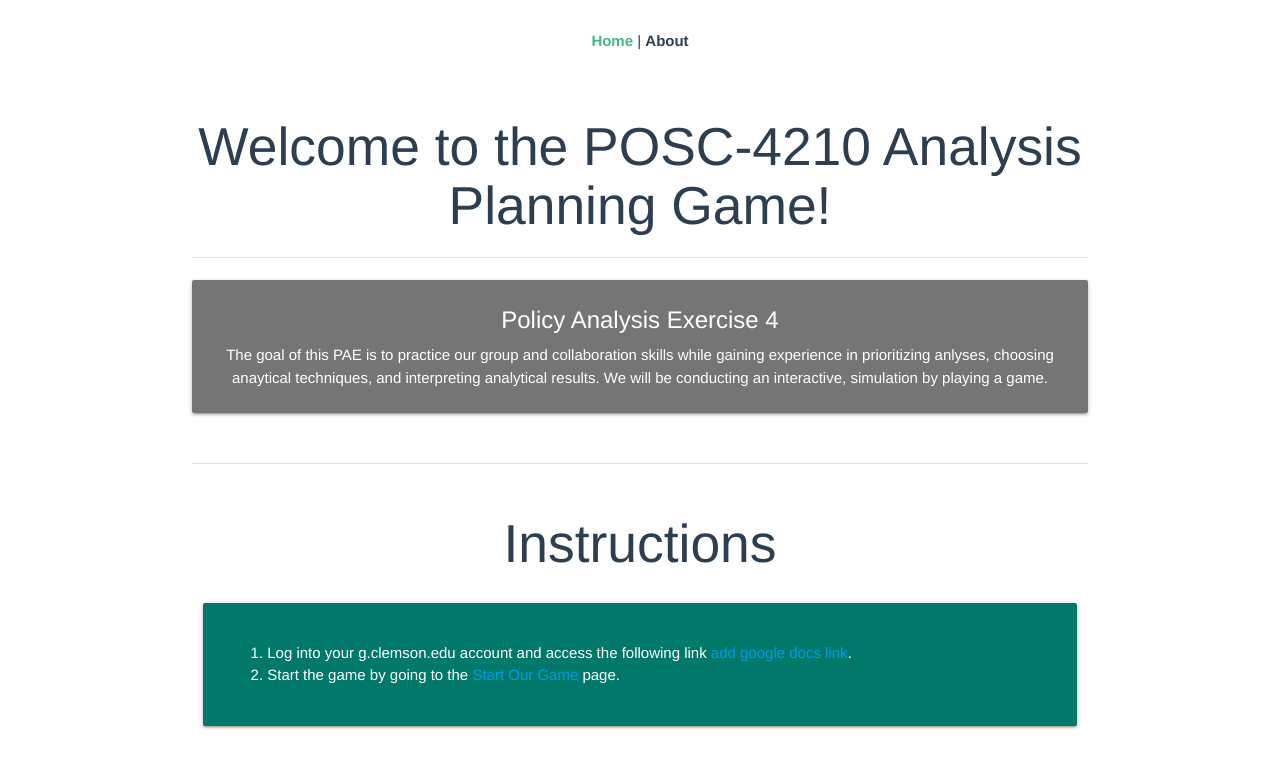
Repository: gallard28/posc4210app
Page: /
These files come from the project's save history. The page is drawn as it stood at one moment and after the next save; the edit follows.
The browser window is 1280 px wide. The pictures show the whole page.
The project was rebuilt for these pictures with package versions that can differ from the ones it lists, and the page was loaded fresh each time.

Above is the page before, as saved 2020-09-20 16:12:22.

### public/index.html
<!DOCTYPE html>
<html lang="en">
  <head>
    <meta charset="utf-8">
    <meta http-equiv="X-UA-Compatible" content="IE=edge">
    <meta name="viewport" content="width=device-width,initial-scale=1.0">
    <link rel="icon" href="<%= BASE_URL %>favicon.ico">
    <title><%= htmlWebpackPlugin.options.title %></title>

    <!-- Materialize CSS -->
    <!-- Compiled and minified CSS -->
    <link rel="stylesheet" href="https://cdnjs.cloudflare.com/ajax/libs/materialize/1.0.0/css/materialize.min.css">

    <!-- Compiled and minified JavaScript -->
    <script src="https://cdnjs.cloudflare.com/ajax/libs/materialize/1.0.0/js/materialize.min.js"></script>

  </head>
  <body>
    <noscript>
      <strong>We're sorry but <%= htmlWebpackPlugin.options.title %> doesn't work properly without JavaScript enabled. Please enable it to continue.</strong>
    </noscript>
    <div id="app"></div>
    <!-- built files will be auto injected -->
  </body>
</html>

### src/views/Home.vue
<template>
  <div class="home container">
    <div class="col s12">
      <h2>Welcome to the POSC-4210 Analysis Planning Game!</h2>
    </div>
    <!-- Description -->
    <div class="divider"></div>
    <div class="section">
      <div class="row">
        <div class="cols s12">
          <!-- Card -->
          <div class="card grey darken-1">
            <div class="card-content white-text">
              <span class="card-title">Policy Analysis Exercise 4</span>
              <p>The goal of this PAE is to practice our group and collaboration skills while gaining experience in prioritizing anlyses, choosing anaytical techniques, and interpreting analytical results. We will be conducting an interactive, simulation by playing a game.</p>
            </div>
          </div>
        </div>
    </div>
    </div>
    <!-- Insturctions -->
    <div class="divider"></div>
    <div class="section">
      <div class="headline">
        <h2>Instructions</h2>
      </div>
      <div class="row">
        <!-- Card 1 -->
        <div class="col s12">
          <div class="card teal darken-2">
            <div class="card-content">
              <p class="left-align white-text">
                <ol>
                  <li>Log into your g.clemson.edu account and access the following link <a href="">add google docs link</a>. </li>
                  <li>Start the game by going to the <router-link to="">Start Our Game</router-link> page.</li>
                </ol>
              </p>
            </div>
          </div>
        </div>
      </div>
    </div>


  </div>
</template>

<script>
export default {
  name: 'Home',
  components: {
  }
}
</script>

Loaded but not shown: src/main.js (common file); src/App.vue (common file); src/router/index.js (common file)

After the next save:
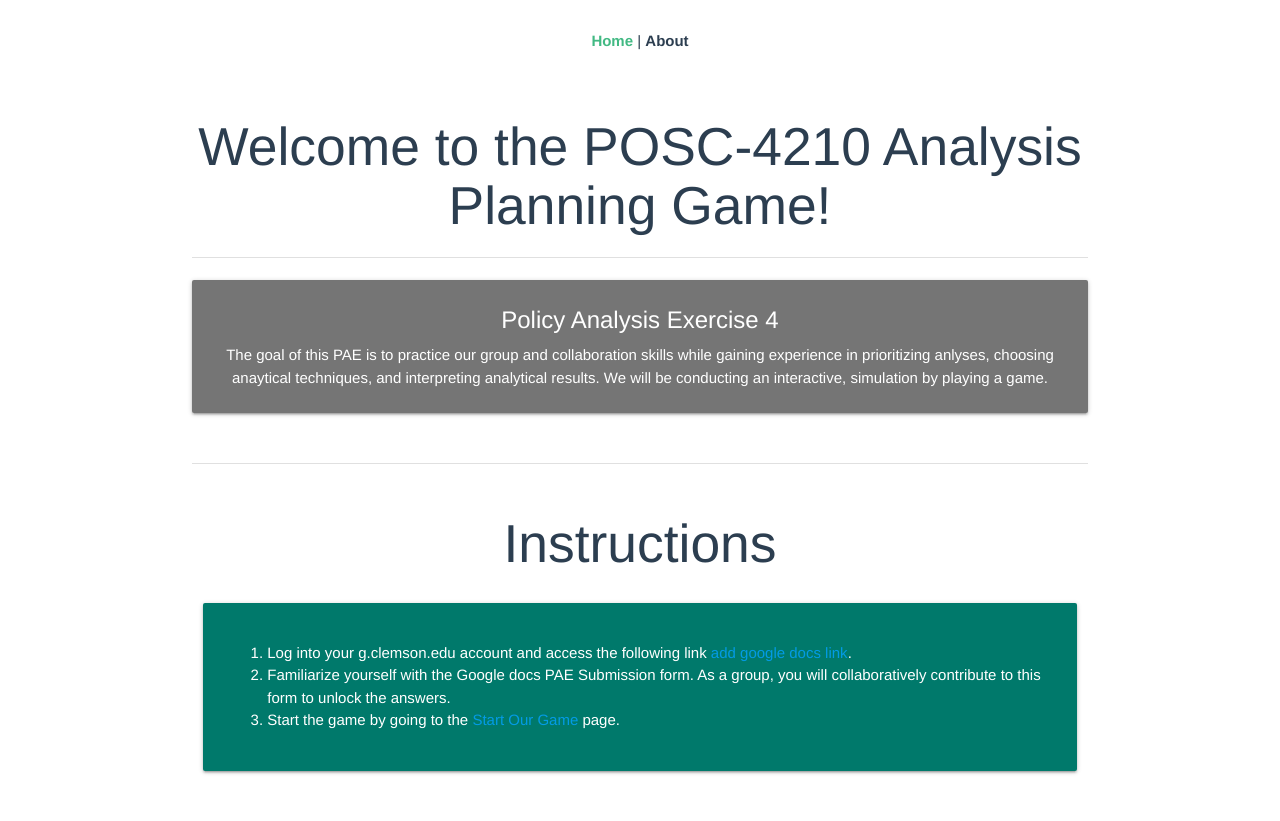
Saved 94 s later.
--- a/src/views/Home.vue
+++ b/src/views/Home.vue
@@ -32,6 +32,7 @@
               <p class="left-align white-text">
                 <ol>
                   <li>Log into your g.clemson.edu account and access the following link <a href="">add google docs link</a>. </li>
+                  <li>Familiarize yourself with the Google docs PAE Submission form. As a group, you will collaboratively contribute to this form to unlock the answers.</li>
                   <li>Start the game by going to the <router-link to="">Start Our Game</router-link> page.</li>
                 </ol>
               </p>
